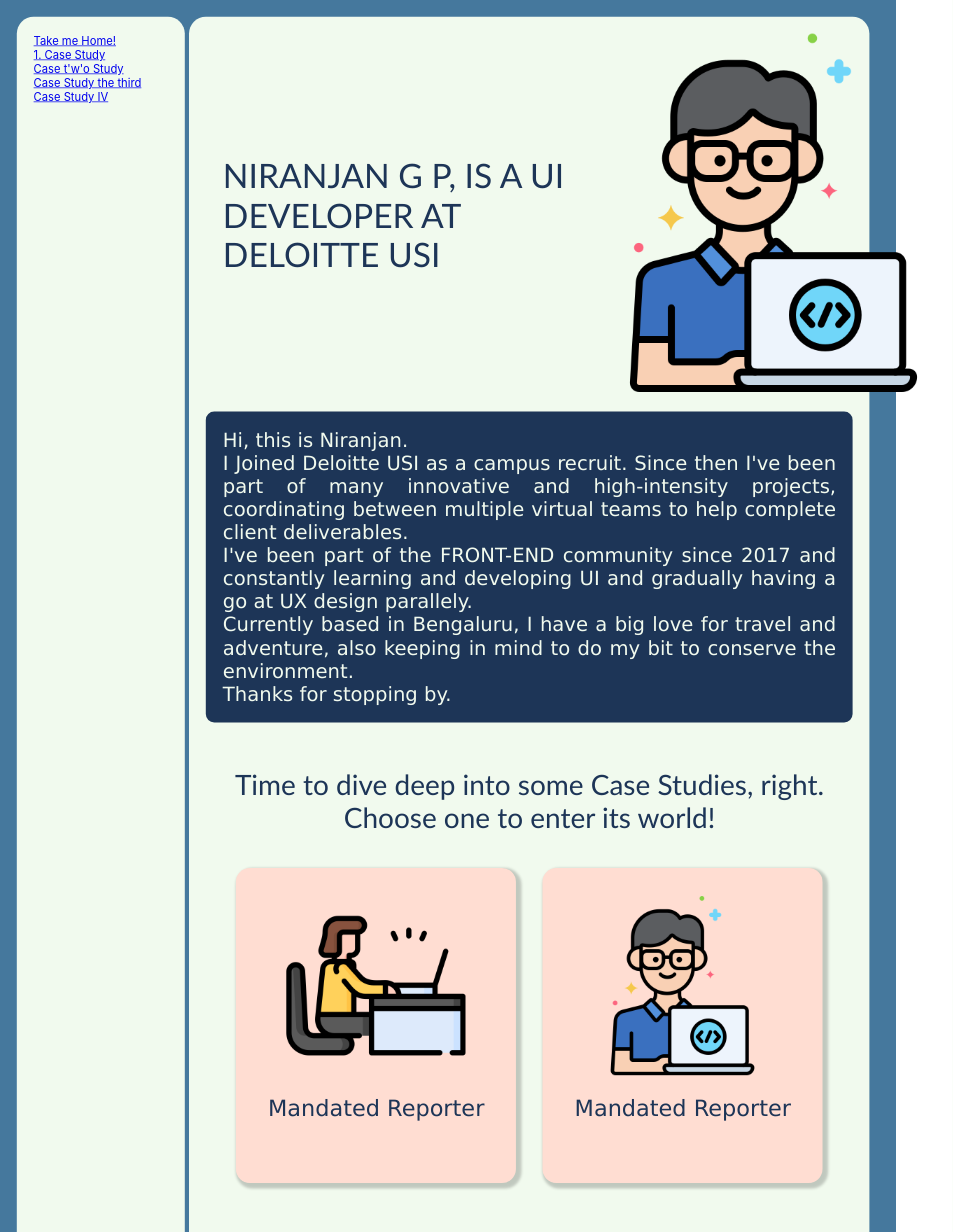
Repository: niranjangp/portfolioReact
Page: /
An editor plug-in stored every save of this project. The page is shown before and after the next save, followed by the edit.
The browser window is 1280 px wide. The page is 1361 px wide, so the pictures cover 1361 px, including what lies to the right of the window. The pictures show the part of the page from y = 0 to 1760 px (the page is 2623 px tall), at 70% of full size.
The project was rebuilt for these pictures with package versions that can differ from the ones it lists, and the page was loaded fresh each time. Also part of the build but not shown: src/pages/csOne.jsx, src/pages/notFound.jsx.

Above is the page before, as saved 2022-02-01 01:01:23.

### public/index.html
<!DOCTYPE html>
<html lang="en">
  <head>
    <meta charset="utf-8" />
    <!--<link rel="icon" href="%PUBLIC_URL%/favicon.ico" />-->
    <meta name="viewport" content="width=device-width, initial-scale=1" />
    <meta name="theme-color" content="#000000" />
    <meta
      name="description"
      content="Web site created using create-react-app"
    />
    <!--<link rel="apple-touch-icon" href="%PUBLIC_URL%/logo192.png" />-->
    <!--
      manifest.json provides metadata used when your web app is installed on a
      user's mobile device or desktop. See https://developers.google.com/web/fundamentals/web-app-manifest/
    -->
    <link rel="manifest" href="%PUBLIC_URL%/manifest.json" />
    <!--
      Notice the use of %PUBLIC_URL% in the tags above.
      It will be replaced with the URL of the `public` folder during the build.
      Only files inside the `public` folder can be referenced from the HTML.

      Unlike "/favicon.ico" or "favicon.ico", "%PUBLIC_URL%/favicon.ico" will
      work correctly both with client-side routing and a non-root public URL.
      Learn how to configure a non-root public URL by running `npm run build`.
    -->
    <title>Portfolio</title>
  </head>
  <body>
    <noscript>You need to enable JavaScript to run this app.</noscript>
    <div id="root"></div>
    <!--
      This HTML file is a template.
      If you open it directly in the browser, you will see an empty page.

      You can add webfonts, meta tags, or analytics to this file.
      The build step will place the bundled scripts into the <body> tag.

      To begin the development, run `npm start` or `yarn start`.
      To create a production bundle, use `npm run build` or `yarn build`.
    -->
  </body>
</html>

### src/index.css
body {
  margin: 0;
  font-family: -apple-system, BlinkMacSystemFont, 'Segoe UI', 'Roboto', 'Oxygen',
    'Ubuntu', 'Cantarell', 'Fira Sans', 'Droid Sans', 'Helvetica Neue',
    sans-serif;
  -webkit-font-smoothing: antialiased;
  -moz-osx-font-smoothing: grayscale;
  box-sizing: border-box;
}

code {
  font-family: source-code-pro, Menlo, Monaco, Consolas, 'Courier New',
    monospace;
}

p {
  margin: 0;
}

### src/App.js
import './App.css';

import { Route, NavLink, Switch, Redirect } from 'react-router-dom';
import EnterTheDesign from './pages/enterDesign';
import CSOne from './pages/csOne';
import NotFound from './pages/notFound';

function App() {
  const flatIconLink = "https://www.flaticon.com/free-icons/programmer";


  return (
    <div className='App'>
      <div className="containerOne">
        <nav className='navigation'>
          <div>
            <NavLink activeClassName="link-sel" to="/enter-the-design">Take me Home!</NavLink>
          </div>
          <div>
            <NavLink activeClassName="link-sel" to="/cs-one">1. Case Study</NavLink>
          </div>
          <div>
            <NavLink activeClassName="link-sel" to="/cs-two">Case t'w'o Study</NavLink>
          </div>
          <div>
            <NavLink activeClassName="link-sel" to="/cs-three">Case Study the third</NavLink>
          </div>
          <div>
            <NavLink activeClassName="link-sel" to="/cs-three">Case Study IV</NavLink>
          </div>
        </nav>
        <main className='mainOne'>
          <Switch>
            <Route exact path="/" ><Redirect to="/enter-the-design" /></Route>
            <Route path="/enter-the-design" ><EnterTheDesign /></Route>
            <Route exact path="/cs-one" ><CSOne /></Route>

            <Route path="*"><NotFound /></Route>
          </Switch>
          {/*<div className='firstRow'>
            <div className="width-60">
              <p className='fr-info'>NIRANJAN G P, IS A UI DEVELOPER AT DELOITTE USI</p>
            </div>
            <div className="width-40 img-block">
              <img src={avatarIcon} alt="avatar-icon" className='avtr-img' />
            </div>
          </div>
          <div className='sec-row'>
            <p>Hi, this is Niranjan.</p>
            <p>I Joined Deloitte USI as a campus recruit. Since then I've been part of many innovative and high-intensity projects, coordinating between multiple virtual teams to help complete client deliverables.</p>
            <p>I've been part of the FRONT-END community since 2017 and constantly learning and developing UI and gradually having a go at UX design parallely.</p>
            <p>Currently based in Bengaluru, I have a big love for travel and adventure, also keeping in mind to do my bit to conserve the environment.</p>
            <p>Thanks for stopping by.</p>
          </div>*/}

        </main>
        <footer>
          <div className='footer-info'>
            <p>Niranjan G P</p>
            <p>Design & Develop</p>
            <p>Please consider the Environment while printing.</p>
          </div>
          <div>
            <a href={flatIconLink} title="programmer icons">Programmer icons created by Flat Icons - Flaticon</a>
            <a href="https://www.flaticon.com/free-icons/work-from-home" title="work from home icons">Work from home icons created by Freepik - Flaticon</a>
            {/*<a target="_blank" rel="noopener noreferrer" href={avatarLink}>Avatar</a> icon by <a target="_blank" rel="noopener noreferrer" href={icon8link}>Icons8</a>*/}
          </div>
        </footer>
      </div>

    </div>
  );
}

export default App;

### src/App.css
.containerOne {
  background-color: #45789d;
  padding: 24px;
  position: relative;
}

.mainOne {
  width: 75%;
  margin-left: 20%;
  background-color: #F1FAEE;
  height: 100%;
  border-radius: 1.5rem;
  padding:24px;
}

.navigation {
  position: absolute;
  top: 24px;
  left: 24px;
  width: 15%;
  min-height: 300px;
  height: 100%;
  background-color: #F1FAEE;
  border-radius: 1.5rem;
  padding:24px;
}

.navDiv {
  padding: 16px 0;
  text-align: center;
}

.nav-link {
  font-size: 24px;
  text-decoration: none;
  color: #1d3557;
}

.nav-link.active {
  color: #2a9d8f;
  font-weight: bold;
  border-bottom: 4px solid #2a9d8f;
}

.fr-info {
  font-size: 3rem;
  font-family:'Gill Sans', 'Gill Sans MT', Calibri, 'Trebuchet MS', sans-serif;
  padding: 24px;
  color: #1d3557;
}

.firstRow {
  display: flex;
  align-items: center;
  margin-bottom: 1.5rem;
}

.width-60 {
  width: 60%;
}

.width-40 {
  width: 40%;
}

.fullWidth {
  width: 100%;
}

.img-block {
  text-align: center;
}

.sec-row {
  background-color: #1d3557;
  color: #f1faee;
  border-radius: 0.75rem;
  padding: 24px;
  font-family: 'Lucida Sans', 'Lucida Sans Regular', 'Lucida Grande', 'Lucida Sans Unicode', Geneva, Verdana, sans-serif;
  font-size: 28px;
  text-align: justify;
}

.centered {
  margin: 3rem auto;
  text-align: center;
  display: flex;
  justify-content: center;
  align-items: center;
}

.linkSel {
  text-decoration: underline;
  font-weight: bold;
}

.third-row {
  display: flex;
  flex-wrap: wrap;
  padding: 64px 24px;
}

.card-box {
  width: 50%;
  text-align: center;
}

.card {
  width: 400px;
  height: 450px;
  background-color: #ffddd2;
  border-radius: 20px;
  box-shadow: 4px 4px 4px 4px rgba(0, 0, 0, 0.2);
  margin: 3rem auto;
  flex-grow: 1;
  flex-shrink: 1;
  transition: width 500ms ease 0s;
}

.card:hover {
  box-shadow: 4px 4px 4px 8px rgba(0, 0, 0, 0.2);
  width: 420px;
  height: 470px;
  cursor: pointer;
}

.card a {
  text-decoration: none;
}

.card p {
  font-size: 32px;
  padding: 24px;
  color: #1d3557;
  font-family: Verdana, Geneva, Tahoma, sans-serif;
}

.card-icon {
  width: 256px;
  margin-top: 40px;
}

.intro-cs {
  text-align: center;
  font-size: 40px;
  color: #1d3557;
  font-family:'Trebuchet MS', 'Lucida Sans Unicode', 'Lucida Grande', 'Lucida Sans', Arial, sans-serif;
}

footer {
  width: 75%;
  margin-left: 20%;
  background-color: #F1FAEE;
  height: 100%;
  border-radius: 1.5rem;
  padding:24px;
}
.footer-info {
  font-size: 1.5rem;
}

/*.containerOne {
  background-color: #F1FAEE;
}
.mainOne {
  background-color: #a8dadc;
  width: 75%;
  margin-left: 20%;
  /-*background-color: #45789d;*-/
  height: 660px;
}

.p1 {
  color: #1d3557;
}
.p2 {
  color: #f1faee;
}*/

/*.App-logo {
  height: 40vmin;
  pointer-events: none;
}

@media (prefers-reduced-motion: no-preference) {
  .App-logo {
    animation: App-logo-spin infinite 20s linear;
  }
}

.App-header {
  background-color: #282c34;
  min-height: 100vh;
  display: flex;
  flex-direction: column;
  align-items: center;
  justify-content: center;
  font-size: calc(10px + 2vmin);
  color: white;
}

.App-link {
  color: #61dafb;
}*/

@keyframes App-logo-spin {
  from {
    transform: rotate(0deg);
  }
  to {
    transform: rotate(360deg);
  }
}

### src/pages/enterDesign.jsx
import React from 'react';
import Icons from '../assets/programmer.png';
import WorkingIcon from '../assets/working.png';
import { Link } from 'react-router-dom';


const enterDesign = () => {
    const avatarIcon = Icons;

    const navtoCardDet = () => {
        try {
            console.log('inside card det func');
        } catch (e) {
            console.log('Error in navToCardDet', e.stack());
        }
    }

    return (
        <React.Fragment>
            <div className='firstRow'>
                <div className="width-60">
                    <p className='fr-info'>NIRANJAN G P, IS A UI DEVELOPER AT DELOITTE USI</p>
                </div>
                <div className="width-40 img-block">
                    <img src={avatarIcon} alt="avatar-icon" className='avtr-img' />
                </div>
            </div>
            <div className='sec-row'>
                <p>Hi, this is Niranjan.</p>
                <p>I Joined Deloitte USI as a campus recruit. Since then I've been part of many innovative and high-intensity projects, coordinating between multiple virtual teams to help complete client deliverables.</p>
                <p>I've been part of the FRONT-END community since 2017 and constantly learning and developing UI and gradually having a go at UX design parallely.</p>
                <p>Currently based in Bengaluru, I have a big love for travel and adventure, also keeping in mind to do my bit to conserve the environment.</p>
                <p>Thanks for stopping by.</p>
            </div>
            <div className='third-row'>
                <div className='fullWidth intro-cs'>
                    <p>Time to dive deep into some Case Studies, right.</p>
                    <p>Choose one to enter its world!</p>
                </div>
                <div className='card-box'>
                    <div className="card">
                        <Link to="/cs-one">
                            <img src={WorkingIcon} alt="card-icon" className='card-icon' />
                            <p>Mandated Reporter</p>
                            {/*<p>Click to Enter!!!</p>*/}
                        </Link>
                    </div>
                </div>
                <div className='card-box'>
                    <div className="card" onClick={navtoCardDet}>
                        <img src={avatarIcon} alt="card-icon" className='card-icon' />
                        <p>Mandated Reporter</p>
                    </div>
                </div>
                <div className='card-box'>
                    <div className="card" onClick={navtoCardDet}>
                        <img src={avatarIcon} alt="card-icon" className='card-icon' />
                        <p>Mandated Reporter</p>
                    </div>
                </div>
                <div className='card-box'>
                    <div className="card" onClick={navtoCardDet}>
                        <img src={avatarIcon} alt="card-icon" className='card-icon' />
                        <p>Mandated Reporter</p>
                    </div>
                </div>
            </div>
        </React.Fragment>
    )
};

export default enterDesign;

Loaded but not shown: src/index.js (common file); src/reportWebVitals.js (common file)

After the next save:
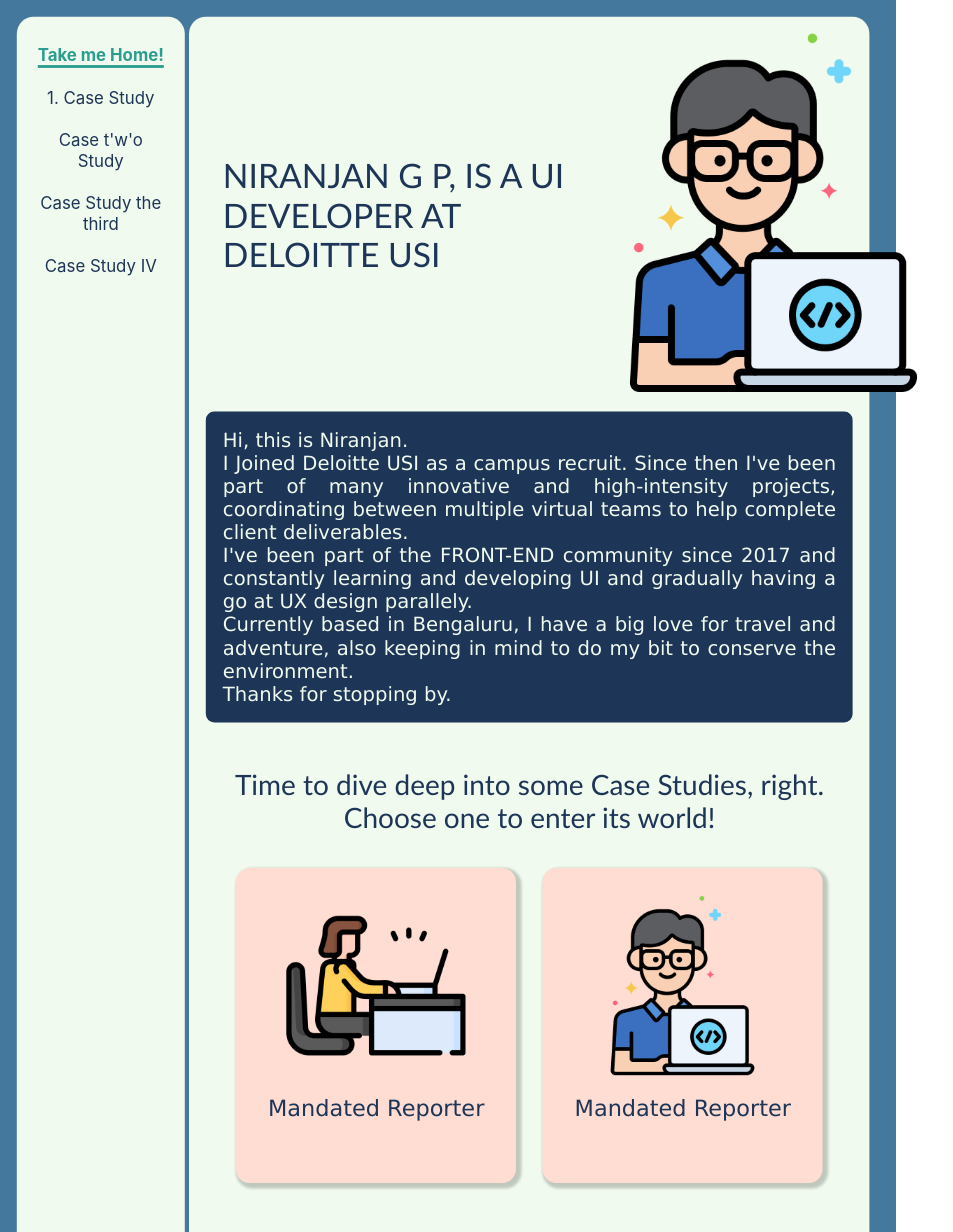
Saved 5 s later.
--- a/src/App.js
+++ b/src/App.js
@@ -13,20 +13,20 @@ function App() {
     <div className='App'>
       <div className="containerOne">
         <nav className='navigation'>
-          <div>
-            <NavLink activeClassName="link-sel" to="/enter-the-design">Take me Home!</NavLink>
+          <div className='navDiv'>
+            <NavLink activeClassName="nav-link active" className="nav-link" to="/enter-the-design">Take me Home!</NavLink>
           </div>
-          <div>
-            <NavLink activeClassName="link-sel" to="/cs-one">1. Case Study</NavLink>
+          <div className='navDiv'>
+            <NavLink activeClassName="nav-link active" className="nav-link" to="/cs-one">1. Case Study</NavLink>
           </div>
-          <div>
-            <NavLink activeClassName="link-sel" to="/cs-two">Case t'w'o Study</NavLink>
+          <div className='navDiv'>
+            <NavLink activeClassName="nav-link active" className="nav-link" to="/cs-two">Case t'w'o Study</NavLink>
           </div>
-          <div>
-            <NavLink activeClassName="link-sel" to="/cs-three">Case Study the third</NavLink>
+          <div className='navDiv'>
+            <NavLink activeClassName="nav-link active" className="nav-link" to="/cs-three">Case Study the third</NavLink>
           </div>
-          <div>
-            <NavLink activeClassName="link-sel" to="/cs-three">Case Study IV</NavLink>
+          <div className='navDiv'>
+            <NavLink activeClassName="nav-link active" className="nav-link" to="/cs-three">Case Study IV</NavLink>
           </div>
         </nav>
         <main className='mainOne'>
